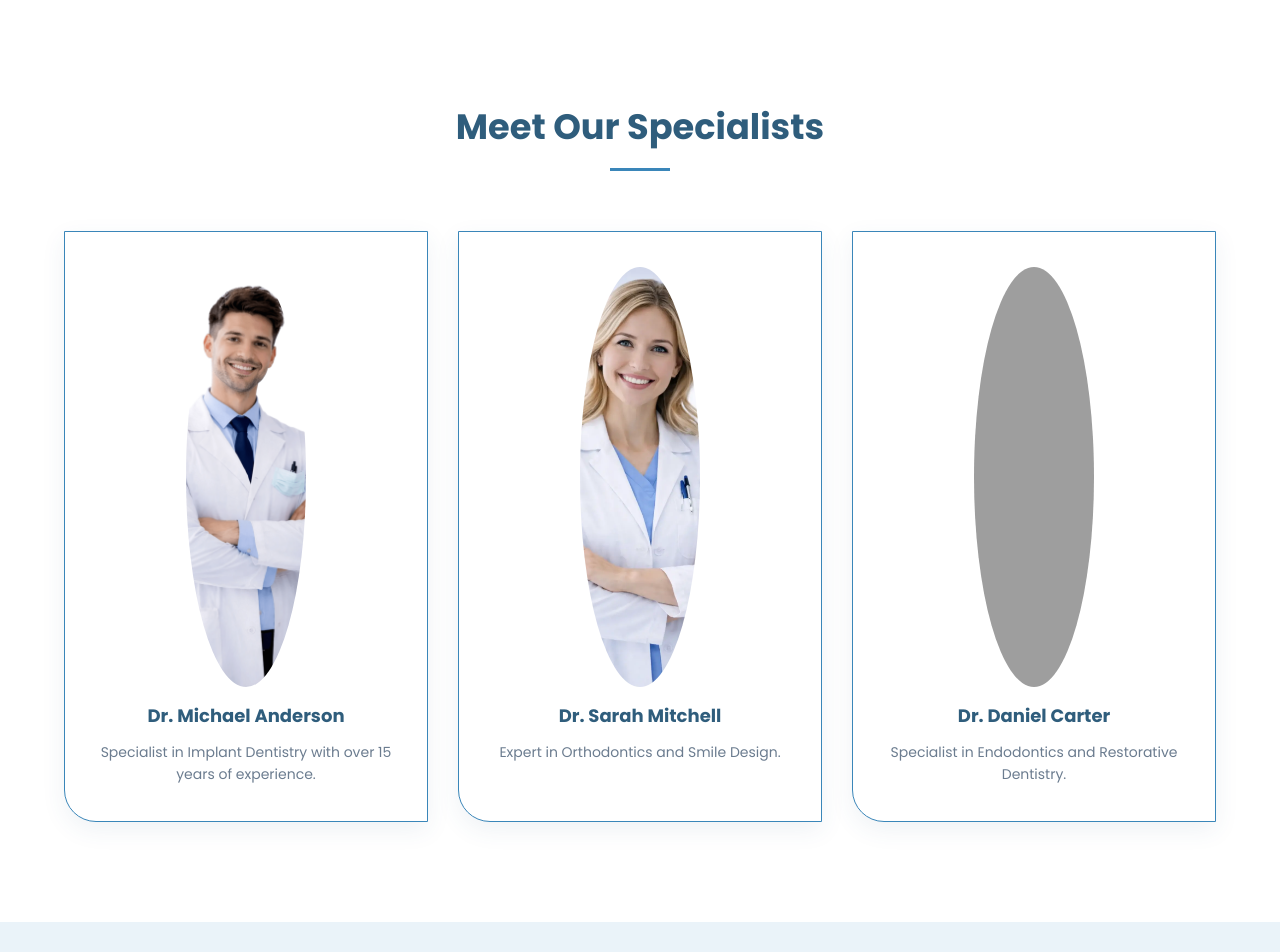
Repository: davidfsillva/OdontoPrime
Page: about.html
An editor plug-in stored every save of this project. The page is shown before and after the next save, followed by the edit.
The browser window is 1280 px wide. The pictures show the part of the page from y = 1580 to 2532 px (the page is 3673 px tall).
Pictures or frames that could not be fetched are drawn as grey boxes. A picture or video elsewhere on the page could not be fetched, so the positions and the page height are approximate.

Above is the page before, as saved 2026-02-16 22:12:10.

### about.html
<!DOCTYPE html>
<html lang="en">
<head>
<meta charset="UTF-8">
<meta name="viewport" content="width=device-width, initial-scale=1.0">
<title>About - OdontoPrime Excellence</title>

<link rel="stylesheet" href="style.css">
<link href="https://fonts.googleapis.com/css2?family=Poppins:wght@300;400;600;700&display=swap" rel="stylesheet">
</head>

<body>

<!-- HEADER -->
<header>
    <div class="container nav-container">
        <div class="logo">OdontoPrime</div>

        <nav id="nav">
            <a href="index.html">Home</a>
            <a href="about.html" class="active">About</a>
            <a href="services.html">Services</a>
            <a href="contact.html">Contact</a>
        </nav>

        <div class="menu-toggle" onclick="toggleMenu()">☰</div>
    </div>
</header>

<!-- HERO ABOUT -->
<section class="hero hero-about">
    <div class="container hero-content">
        <div class="hero-text">
            <h1>About OdontoPrime Excellence</h1>
            <p>
                Dedicated to delivering advanced dental care with precision,
                innovation, and a patient-centered approach.
            </p>
        </div>
    </div>
</section>

<!-- OUR STORY -->
<section class="about-preview">
    <div class="container about-grid">
        <div class="about-text">
            <h2>Our Story</h2>
            <p>
                Founded over a decade ago, OdontoPrime Excellence was created with a clear mission:
                to redefine modern dentistry through innovation, comfort, and excellence.
                Our clinic combines advanced technology with a humanized approach,
                ensuring each patient receives personalized and comprehensive care.
            </p>

            <p>
                Over the years, we have built a reputation for delivering long-lasting results,
                aesthetic precision, and preventive solutions that promote complete oral health.
            </p>
        </div>

        <div class="about-image">
            <img src="img/clinic-interior.webp" alt="Dental clinic interior">
        </div>
    </div>
</section>

<!-- MISSION VISION VALUES -->
<section class="departments">
    <div class="container">
        <h2>Our Principles</h2>

        <div class="dept-grid">

            <div class="card">
                <h3>Our Mission</h3>
                <p>
                    To provide exceptional dental care using modern techniques,
                    ensuring comfort, safety, and long-term oral health.
                </p>
            </div>

            <div class="card">
                <h3>Our Vision</h3>
                <p>
                    To become a reference in advanced aesthetic and restorative dentistry,
                    recognized for innovation and patient satisfaction.
                </p>
            </div>

            <div class="card">
                <h3>Our Values</h3>
                <p>
                    Ethics, transparency, precision, empathy, and commitment
                    to excellence in every treatment performed.
                </p>
            </div>

        </div>
    </div>
</section>

<!-- OUR TEAM -->
<section class="why-us">
    <div class="container">
        <h2>Meet Our Specialists</h2>

        <div class="dept-grid">

            <div class="card">
                <img src="img/dr - Copia.png" alt="Lead dentist">
                <h3>Dr. Michael Anderson</h3>
                <p>Specialist in Implant Dentistry with over 15 years of experience.</p>
            </div>

            <div class="card">
                <img src="img/sara.webp" alt="Orthodontist">
                <h3>Dr. Sarah Mitchell</h3>
                <p>Expert in Orthodontics and Smile Design.</p>
            </div>

            <div class="card">
                <img src="img/dentist3.webp" alt="Endodontist">
                <h3>Dr. Daniel Carter</h3>
                <p>Specialist in Endodontics and Restorative Dentistry.</p>
            </div>

        </div>
    </div>
</section>

<!-- WHY CHOOSE US EXTENDED -->
<section class="about-preview">
    <div class="container about-grid">

        <div class="about-image">
            <img src="img/technology.webp" alt="Dental technology">
        </div>

        <div class="about-text">
            <h2>Advanced Technology & Comfort</h2>
            <p>
                We invest in state-of-the-art dental equipment to provide
                minimally invasive treatments, faster recovery, and superior accuracy.
            </p>

            <p>
                Our clinic environment is designed to reduce anxiety and ensure
                maximum comfort from the first consultation to the final result.
            </p>
        </div>

    </div>
</section>

<!-- CALL TO ACTION -->
<section class="departments">
    <div class="container" style="text-align:center;">
        <h2>Ready to Transform Your Smile?</h2>
        <p style="max-width:600px; margin:20px auto; color:var(--text-medium);">
            Schedule your consultation today and discover a new standard of dental excellence.
        </p>

        <a href="contact.html" class="btn-view">Book Your Consultation</a>
    </div>
</section>

<!-- FOOTER -->
<footer>
    <p>© 2026 OdontoPrime - All Rights Reserved</p>
</footer>

<script>
function toggleMenu(){
    document.getElementById("nav").classList.toggle("active");
}
</script>

</body>
</html>

### style.css
:root{

    --primary-blue: #2F5D7C;
    --secondary-blue: #4F7FA3;
    --accent-blue: #3A86B9;

    --bg-light: #EAF3F9;
    --white: #FFFFFF;
    --off-white: #E6EEF5;

    --text-dark: #2E3A46;
    --text-medium: #6B7C8F;

    --hero-gradient-start: rgba(47, 93, 124, 0.95);
    --hero-gradient-end: rgba(79, 127, 163, 0.85);

    --shadow-soft: 0 5px 20px rgba(47, 93, 124, 0.08);
}

*{
    margin:0;
    padding:0;
    box-sizing:border-box;
    font-family:'Poppins', sans-serif;
}

body{
    background:var(--bg-light);
    color:var(--text-dark);
}

.container{
    width:90%;
    max-width:1200px;
    margin:auto;
}

/* HEADER */

nav{
    display:flex;
    align-items:center;
}

header{
    position:absolute;
    width:100%;
    padding:25px 0;
    z-index:1000;
    background:transparent;
}

.nav-container{
    display:flex;
    justify-content:space-between;
    align-items:center;
}

.logo{
    font-weight:700;
    font-size:1.9rem;
    color:var(--white);
    text-shadow: 0 3px 8px rgba(0, 0, 0, 0.5);
}

nav a{
    margin-left:25px;
    text-decoration:none;
    color:var(--white);
    font-weight:500;
    transition:0.3s;
}

nav a:hover{
    color:var(--accent-blue);
}

.menu-toggle{
    display:none;
    font-size:24px;
    cursor:pointer;
    color:var(--white);
}

nav a.active{
    color: var(--accent-blue);
    font-weight: 600;
    position: relative;
}

/* HERO */

.hero{
    min-height:100vh;
    display:flex;
    align-items:center;
    background:
    linear-gradient(to right,
    rgba(79, 127, 163, 0.438),
    rgba(58, 134, 185, 0.048)),
    url('img/hero.webp') center/cover no-repeat;
    color:var(--white);
    padding:0 0;
    position:relative;
}

.hero-content{
    width:100%;
}

.hero-text{
    max-width:600px;
}

.hero h1{
    font-size:2.8rem;
    margin-bottom:20px;
    font-weight:700;
    line-height:1.2;
    text-shadow: 0 3px 8px rgba(0, 0, 0, 0.5);
}

.hero p{
    margin-bottom:25px;
    max-width:500px;
    font-size:16px;
    line-height:1.6;
    color:var(--white);
    text-shadow: 0 3px 8px rgba(0, 0, 0, 0.5);
}

.hero-about{
    background: var(--primary-blue);
    min-height: 60vh;
}


/* HERO STATS */

.hero-stats{
    position:absolute;
    bottom:0px;
    left:60%;
    transform:translateX(-50%);
    width:90%;
    max-width:1100px;
    display:grid;
    grid-template-columns:repeat(auto-fit, minmax(180px,1fr));
    gap:20px;
    padding:25px 40px;
    background:rgba(255,255,255,0.15);
    backdrop-filter:blur(15px);
    -webkit-backdrop-filter:blur(15px);
    border-radius:20px 0px 0px 0px;
    border:1px solid rgba(255,255,255,0.2);
}

.stat-item{
    text-align:center;
    color:var(--white);
}

.stat-item h2{
    font-size:2rem;
    font-weight:700;
}

.stat-item p{
    font-size:0.9rem;
    opacity:0.9;
}

/* BUTTONS */

.btn{
    padding:14px 30px;
    background:var(--white);
    border:none;
    color:var(--primary-blue);
    font-weight:600;
    border-radius:30px;
    cursor:pointer;
    transition:0.3s;
}

.btn:hover{
    background:var(--accent-blue);
    color:var(--white);
    transform:translateY(-3px);
}

.btn-view {
    padding:14px 30px;
    background:var(--accent-blue);
    border:none;
    color:var(--white);
    font-weight:600;
    border-radius:30px;
    cursor:pointer;
    transition:0.3s;
    text-decoration: none;
    text-align: center;
    display: block;
    width: fit-content;
    margin:40px auto 0;
}

.btn-view:hover {
    transform: translateY(-5px);
    box-shadow: 0 15px 30px rgba(0,0,0,0.2);
}

/* ABOUT */
.about-image{
    position:relative;
    overflow:hidden;
}


.about-preview{
    padding:100px 0;
}

.about-grid{
    display:grid;
    grid-template-columns:1fr 1fr;
    gap:60px;
    align-items:center;
}

.about-text h2{
    font-size:2.2rem;
    color:var(--primary-blue);
    margin-bottom:20px;
    position:relative;
}

.about-text h2::after{
    content:"";
    width:60px;
    height:3px;
    background:var(--accent-blue);
    display:block;
    margin-top:10px;
}

.about-text p{
    font-size:16px;
    line-height:1.8;
    color:var(--text-medium);
}

.about-grid img:not(.lead-dentist){
    width:100%;
    border-radius:20px;
}

.lead-dentist {
    border-radius: 30px; /* cantos arredondados */
    width: 60%;
    height: auto;
    margin: 0 auto;
    box-shadow: 0 8px 20px rgba(0,0,0,0.2); /* opcional: sombra suave */
    display: flex;
    justify-content: center; /* centraliza horizontalmente */
    align-items: center;     /* centraliza verticalmente se tiver altura */
}

/* DEPARTMENTS */

.departments{
    padding:100px 0;
}

.departments h2{
    text-align:center;
    font-size:2.2rem;
    color:var(--primary-blue);
    margin-bottom:60px;
    position:relative;
}

.departments h2::after{
    content:"";
    width:60px;
    height:3px;
    background:var(--accent-blue);
    display:block;
    margin:15px auto 0;
}

.dept-grid{
    display:grid;
    grid-template-columns: repeat(auto-fit, minmax(280px, 1fr));
    gap:30px;
}


.card {
    background:var(--white);
    padding:35px 25px;
    text-align:center;
    border-radius:18px;
    box-shadow:0 8px 25px rgba(47,93,124,0.08);
    transition:0.3s ease;


    border-radius: 0 0 0 32px;
    border:1px solid #3A86B9;

}

.why-card{
    border: none;
}


.card:hover{
    transform:translateY(-6px);
    box-shadow:0 15px 35px rgba(47,93,124,0.15);
}

/* Imagens dos cards de especialistas */
.why-us .card img {
    width: 120px;  /* aumenta para 120px de largura */
    height: 420px; /* garante que fique quadrada */
    object-fit: cover; /* mantém proporção e recorta se necessário */
    border-radius: 50%; /* deixa redonda */
    margin: 0 auto 15px auto; /* centraliza horizontalmente e dá espaçamento abaixo */
    display: block;
}


.card h3{
    font-size:18px;
    margin-bottom:12px;
    color:var(--primary-blue);
}

.card p{
    font-size:14px;
    line-height:1.6;
    color:var(--text-medium);
}

/* WHY SECTION FULL IMAGE CARDS */

.why-card {
    position: relative;
    overflow: hidden;
    padding: 0;
    height: 350px;
    border-radius: 20px;
}

.why-card img {
    width: 100%;
    height: 100%;
    object-fit: cover;
    display: block;
}

.why-card .card-content {
    position: absolute;
    bottom: 0;
    width: 100%;
    padding: 25px;
    background: linear-gradient(
        to top,
        rgba(0,0,0,0.75),
        rgba(0,0,0,0.2)
    );
    color: var(--white);
}

.why-card h3 {
    margin-bottom: 8px;
    color: var(--white);
}

.why-card p {
    color: rgba(255,255,255,0.9);
    font-size: 14px;
}


/* WHY US */

.why-us{
    padding:100px 0;
    background:var(--white);
}

.why-us h2{
    text-align:center;
    font-size:2.2rem;
    margin-bottom:60px;
    color:var(--primary-blue);
    position:relative;
}

.why-us h2::after{
    content:"";
    width:60px;
    height:3px;
    background:var(--accent-blue);
    display:block;
    margin:15px auto 0;
}

.contact-grid{
    display:grid;
    grid-template-columns:1fr 1fr;
    gap:60px;
    align-items:start;
}


/* FOOTER */

footer{
    background:var(--primary-blue);
    color:var(--white);
    text-align:center;
    padding:30px;
    font-size:14px;
}

/* RESPONSIVE */

/* =========================
   RESPONSIVE
========================= */
@media (max-width: 768px) {

    /* NAVIGATION */
    nav {
        position: absolute;
        top: 80px;
        right: 0;
        background: var(--white);
        flex-direction: column;
        width: 200px;
        display: none;
        box-shadow: var(--shadow-soft);
    }

    nav a {
        padding: 15px;
        margin: 0;
        border-bottom: 1px solid var(--off-white);
        color: var(--text-dark);
    }

    nav.active {
        display: flex;
    }

    .menu-toggle {
        display: block;
    }

        /* HERO INTERNO (about, services, contact) */
    .hero-about,
    .hero-services,
    .hero-contact {
        min-height: 45vh;
        display: flex;
        align-items: center;
        justify-content: center;
        text-align: center;
        padding: 100px 20px 40px;
    }

    .hero-about h1,
    .hero-services h1,
    .hero-contact h1 {
        font-size: 1.6rem;
    }

    .hero-about p,
    .hero-services p,
    .hero-contact p {
        font-size: 0.95rem;
        max-width: 100%;
        margin: 0 auto;
    }

    /* ABOUT GRID */
    .about-grid {
        grid-template-columns: 1fr;
        gap: 30px;
        text-align: center;
    }

    .about-text h2 {
        font-size: 1.6rem;
    }

    /* DEPARTMENTS / SERVICES GRID */
    .dept-grid {
        grid-template-columns: 1fr;
        gap: 20px;
    }

    .card {
        padding: 25px 20px;
    }

    /* WHY SECTION */
    .why-us {
        padding: 70px 0;
    }

    .why-card {
        height: 280px;
    }

    /* CONTACT PAGE (caso tenha form grid) */
    .contact-grid {
        grid-template-columns: 1fr;
        gap: 30px;
    }

    .contact-form input,
    .contact-form textarea {
        width: 100%;
    }

    .hero {
        flex-direction: column;
        justify-content: center;
        align-items: center;
        text-align: center;
        padding: 20px 20px 0;
        background:
            linear-gradient(to top,
            rgba(47, 93, 124, 0.048),
            rgba(47, 93, 124, 0.2)),
            url('img/hero-mobile.webp') center/cover no-repeat;
    }



    .hero h1 {
        font-size: 1.8rem;
    }

    .hero p {
        max-width: 100%;
    }

        .hero-stats {
        left: 50%;
        transform: translateX(-50%);
        width: 95%;
        max-width: 100%;
        border-radius: 20px 20px 0 0;
        padding: 10px 12px 10px;
        gap: 1px;
        grid-template-columns: repeat(2, 1fr);
    }

    .stat-item h2 {
        font-size: 1.4rem;
    }

    .stat-item p {
        font-size: 0.75rem;
    }



}

After the next save:
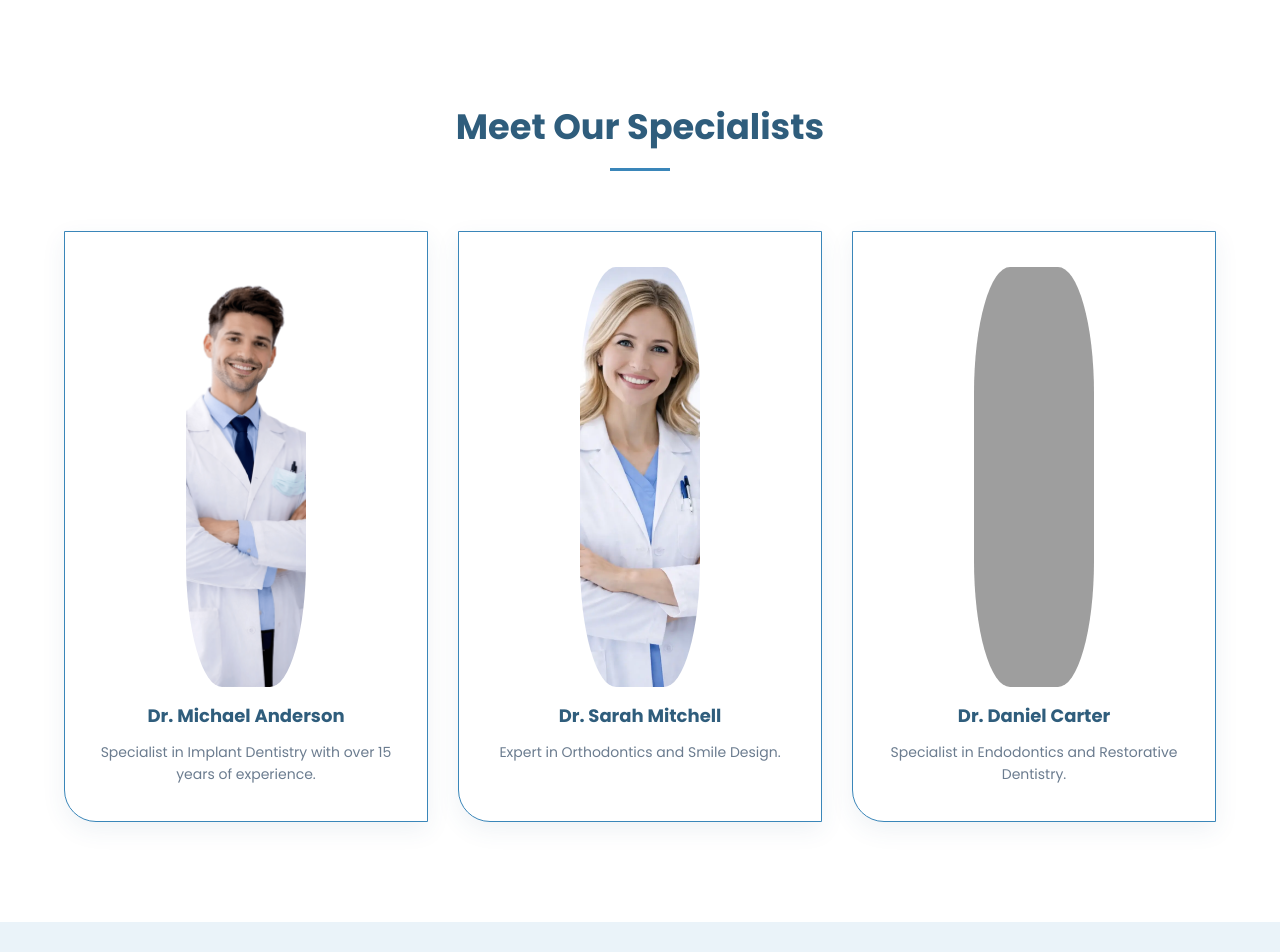
Saved 6 s later.
--- a/style.css
+++ b/style.css
@@ -325,7 +325,7 @@ nav a.active{
     width: 120px;  /* aumenta para 120px de largura */
     height: 420px; /* garante que fique quadrada */
     object-fit: cover; /* mantém proporção e recorta se necessário */
-    border-radius: 50%; /* deixa redonda */
+    border-radius: 30%; /* deixa redonda */
     margin: 0 auto 15px auto; /* centraliza horizontalmente e dá espaçamento abaixo */
     display: block;
 }
